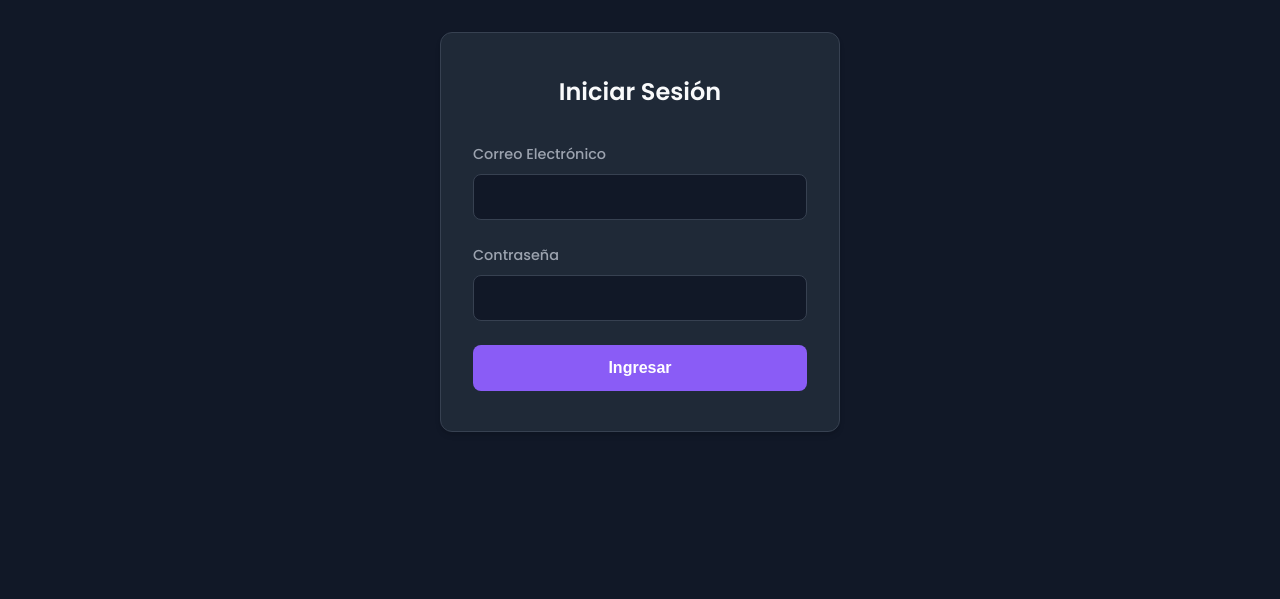
Repository: hercules830/nexa-control-app
Page: /
The author's editor kept a copy of each file at every save. The page is drawn from the files as they stood at one save, then again after the next save.
The browser window is 1280 px wide. The pictures show the whole page.
The project was rebuilt for these pictures with package versions that can differ from the ones it lists, and the page was loaded fresh each time. Also part of the build but not shown: vite.config.js, src/pages/DashboardPage.module.css, src/pages/DashboardPage.jsx.

Above is the page before, as saved 2025-08-30 15:37:20.

After the next save:
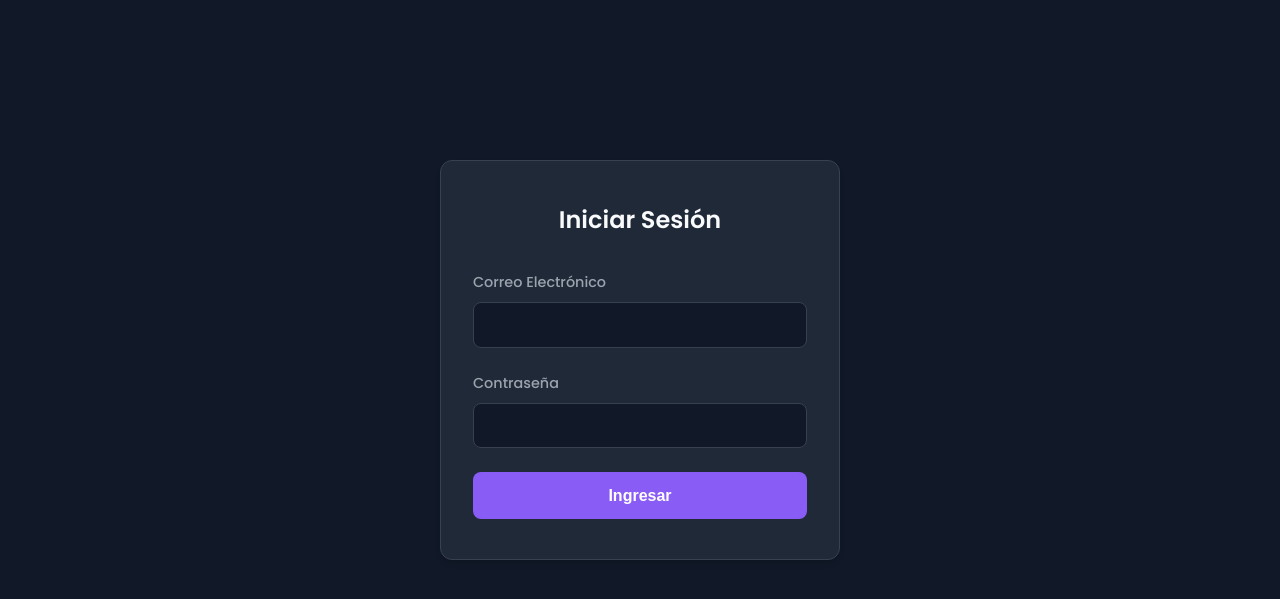
Saved 2 days later.
--- a/src/index.css
+++ b/src/index.css
@@ -29,7 +29,8 @@
 
   #root {
     display: flex;
-    justify-content: center;
-    padding: 2rem 1rem; /* Más padding en vertical, menos en horizontal para móviles */
+    justify-content: center; /* Centra horizontalmente */
+    align-items: center;     /* Centra verticalmente */
+    padding: 2rem 1rem;
     min-height: 100vh;
   }
